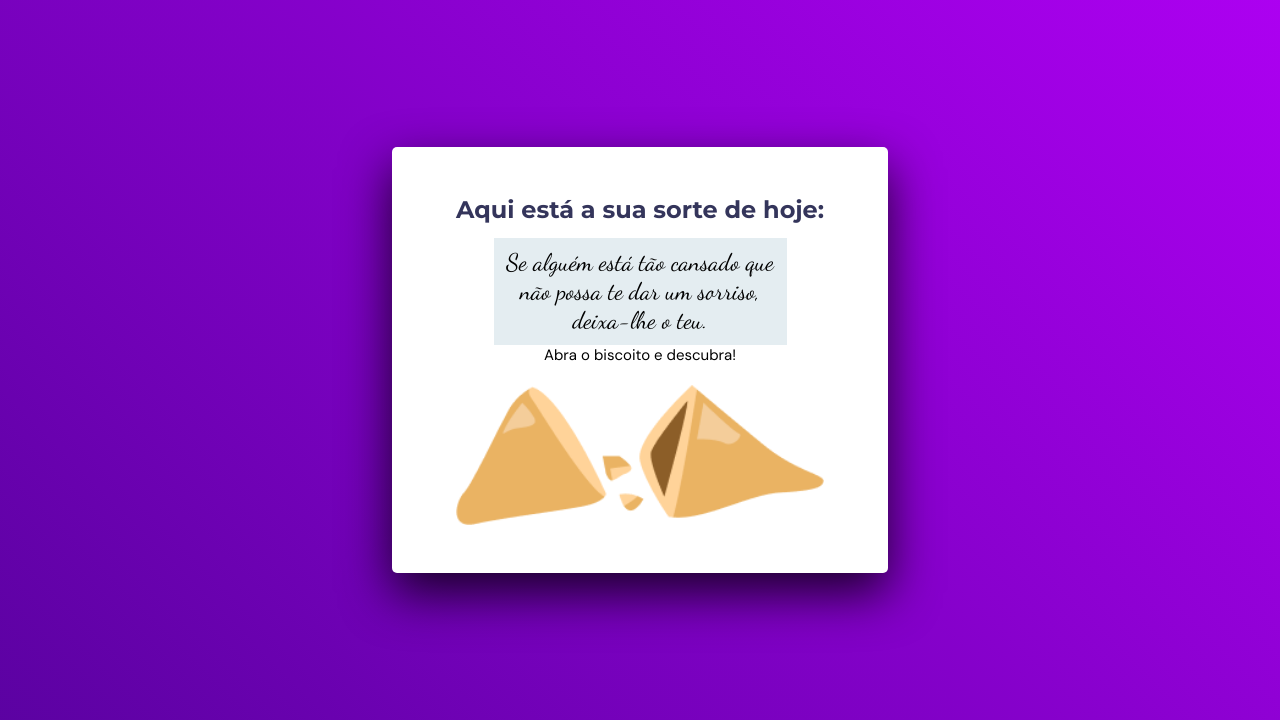
Repository: caueenrico/cookieCoach
Page: index.html
An editor plug-in stored every save of this project. The page is shown before and after a run of saves, followed by the edit.
The browser window is 1280 px wide. The pictures show the whole page.

Above is the page before, as saved 2023-06-27 16:45:39.

After the next 2 saves:
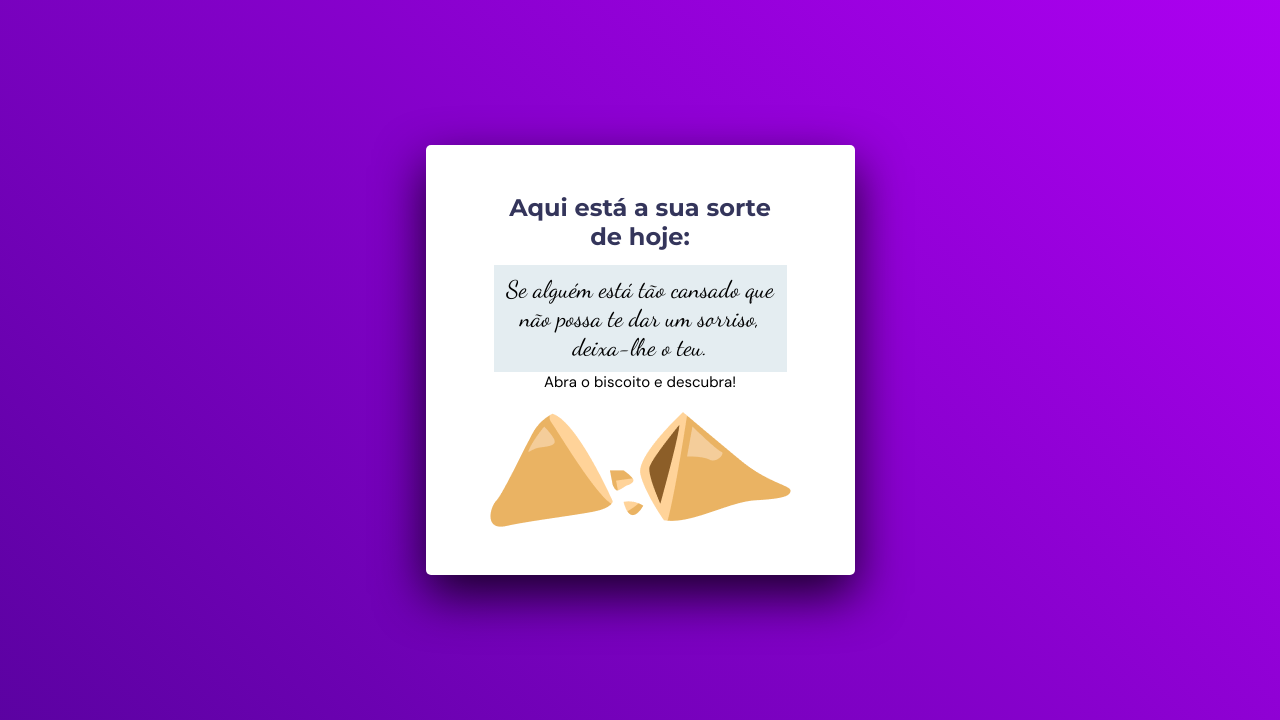
The 2 saves are shown as one change because they came seconds apart.
The last was saved 16 s later.
--- a/index.html
+++ b/index.html
@@ -26,7 +26,7 @@
 
       <div>
         <h1>
-          Aqui está a sua sorte de hoje:
+          Aqui está a sua sorte <br/> de hoje:
         </h1>
 
         <span>
